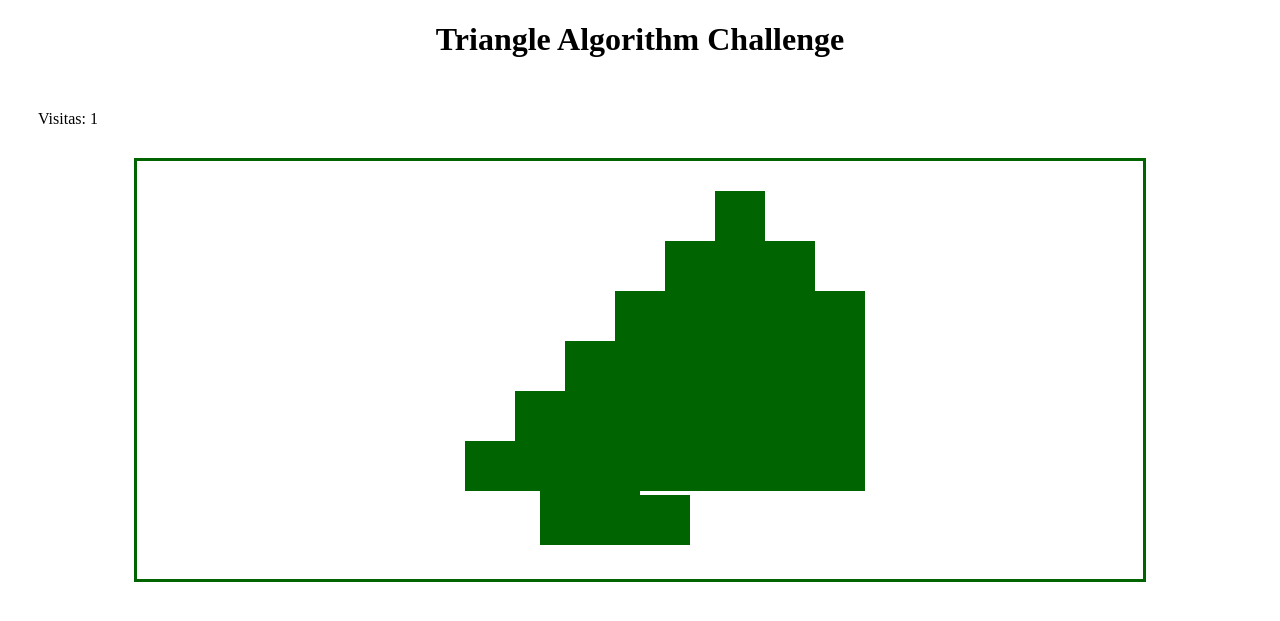
Repository: Hugobrr/trybe-exercises
Page: exercises/5_bloco/exercise-end-block5/index.html
These files come from the project's save history. The page is drawn as it stood at one moment and after the next save; the edit follows.
The browser window is 1280 px wide. The pictures show the whole page.

Above is the page before, as saved 2020-11-05 17:43:00.

After the next save:
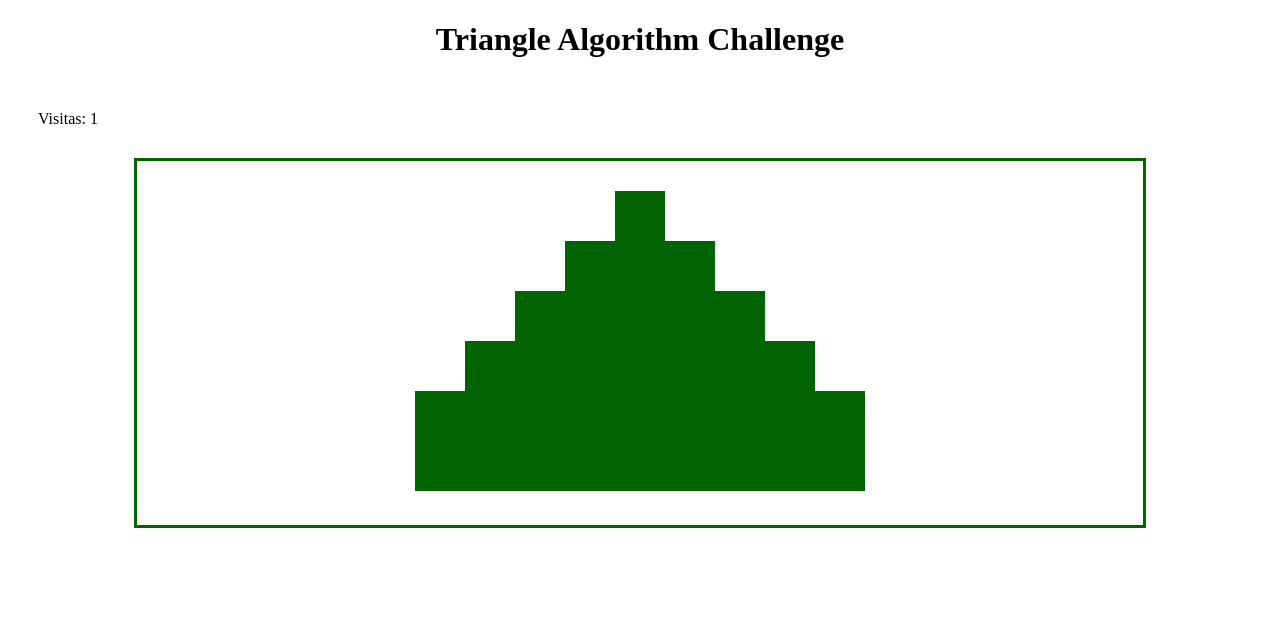
Saved 29 s later.
--- a/exercises/5_bloco/exercise-end-block5/script.js
+++ b/exercises/5_bloco/exercise-end-block5/script.js
@@ -1,5 +1,5 @@
 window.onload = function() {
-  let basePyramid = 13;
+  let basePyramid = 9;
   let numberOfLines = (basePyramid + 1) / 2; // 5
   let controlLeft = numberOfLines; // 5
   let controlRight = numberOfLines; // 5
